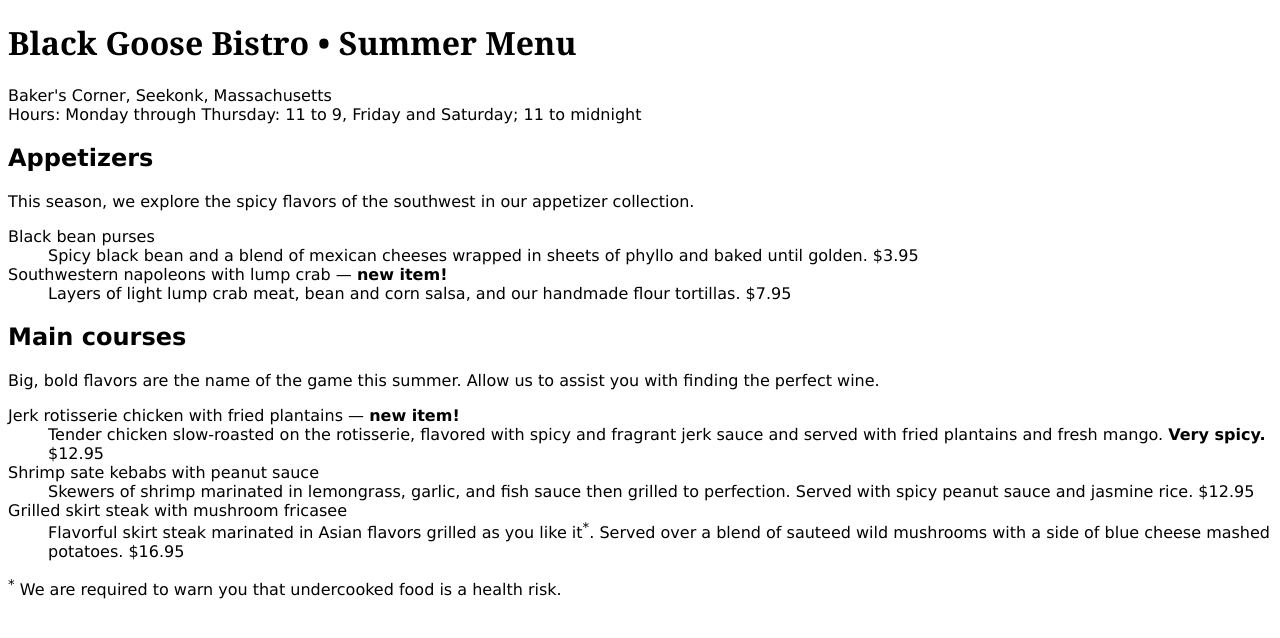
Repository: Colo-Codes/code-practice
Page: 02-css-practice-2.html
The author's editor kept a copy of each file at every save. The page is drawn from the files as they stood at one save, then again after the next save.
The browser window is 1280 px wide. The pictures show the whole page.
Some web fonts or font styles are not loaded; a fallback is used.

Above is the page before, as saved 2021-05-05 10:14:07.

### 02-css-practice-2.html
<!DOCTYPE html>
<html>

<head>
    <meta charset="utf-8">
    <title>Black Goose Bistro Summer Menu</title>
    <!-- <link rel="preconnect" href="https://fonts.gstatic.com"> -->
    <link href="https://fonts.googleapis.com/css2?family=Marko+One&display=swap" rel="stylesheet">
    <style>
        body {
            font-family: Verdana, sans-serif;
            font-size: 100%; /* Rest the font size and clear the way for using em later on */
        }
        h1 {font-family: "Marko One", Georgia, serif;}
    </style>
</head>

<body>

    <div id="info">
        <h1>Black Goose Bistro &bull; Summer Menu</h1>

        <p>Baker's Corner, Seekonk, Massachusetts<br>
            <span class="label">Hours: Monday through Thursday:</span> 11 to 9, <span class="label">Friday and
                Saturday;</span> 11 to midnight
        </p>
    </div>

    <div id="appetizers">
        <h2>Appetizers</h2>
        <p>This season, we explore the spicy flavors of the southwest in our appetizer collection.</p>

        <dl>
            <dt>Black bean purses</dt>
            <dd>Spicy black bean and a blend of mexican cheeses wrapped in sheets of phyllo and baked until golden.
                <span class="price">$3.95</span></dd>

            <dt class="newitem">Southwestern napoleons with lump crab &mdash; <strong>new item!</strong></dt>
            <dd>Layers of light lump crab meat, bean and corn salsa, and our handmade flour tortillas. <span
                    class="price">$7.95</span></dd>
        </dl>
    </div>

    <div id="entrees">

        <h2>Main courses</h2>
        <p>Big, bold flavors are the name of the game this summer. Allow us to assist you with finding the perfect wine.
        </p>


        <dl>

            <dt class="newitem">Jerk rotisserie chicken with fried plantains &mdash; <strong>new item!</strong></dt>
            <dd>Tender chicken slow-roasted on the rotisserie, flavored with spicy and fragrant jerk sauce and served
                with fried plantains and fresh mango. <strong>Very spicy.</strong> <span class="price">$12.95</span>
            </dd>

            <dt>Shrimp sate kebabs with peanut sauce</dt>
            <dd>Skewers of shrimp marinated in lemongrass, garlic, and fish sauce then grilled to perfection. Served
                with spicy peanut sauce and jasmine rice. <span class="price">$12.95</span></dd>

            <dt>Grilled skirt steak with mushroom fricasee</dt>
            <dd>Flavorful skirt steak marinated in Asian flavors grilled as you like it<sup>*</sup>. Served over a blend
                of sauteed wild mushrooms with a side of blue cheese mashed potatoes. <span class="price">$16.95</span>
            </dd>
        </dl>

    </div>

    <p class="warning"><sup>*</sup> We are required to warn you that undercooked food is a health risk.</p>

</body>

</html>

After the next save:
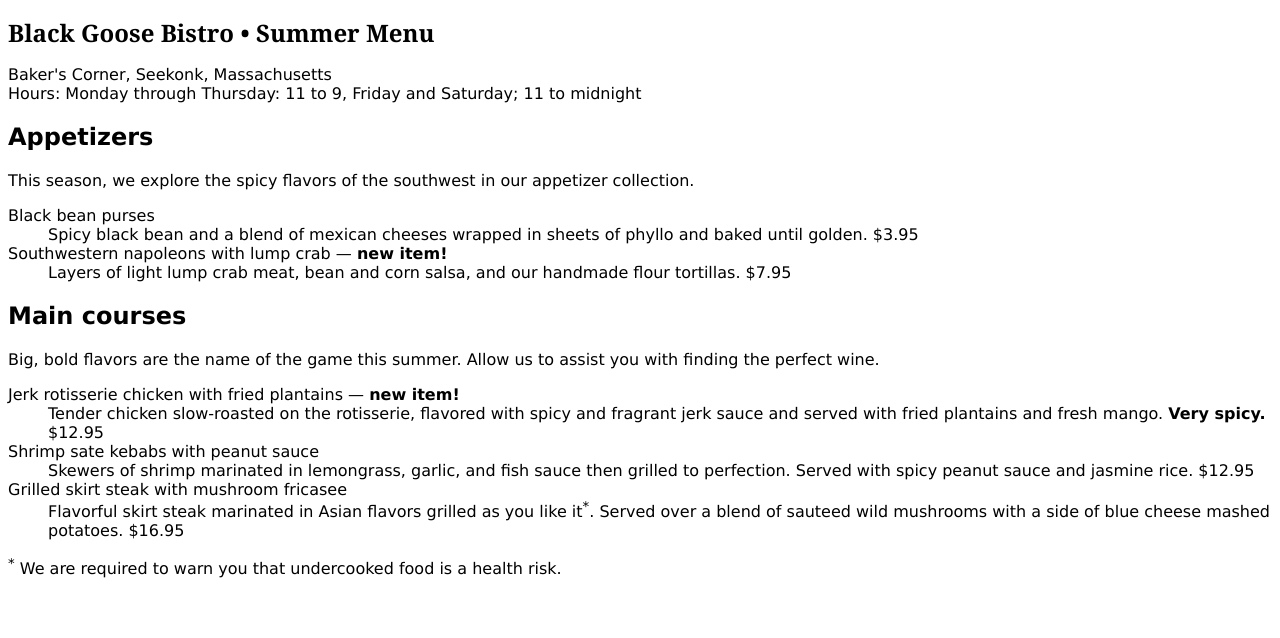
Saved 63 s later.
--- a/02-css-practice-2.html
+++ b/02-css-practice-2.html
@@ -11,7 +11,10 @@
             font-family: Verdana, sans-serif;
             font-size: 100%; /* Rest the font size and clear the way for using em later on */
         }
-        h1 {font-family: "Marko One", Georgia, serif;}
+        h1 {
+            font-family: "Marko One", Georgia, serif;
+            font-size: 1.5em;
+        }
     </style>
 </head>
 
